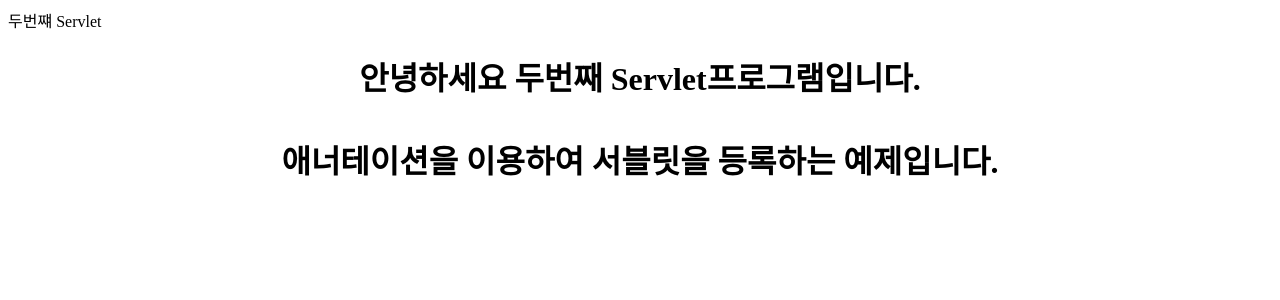
Repository: kdh4357065/3_highjava
Page: http://localhost/webTest/servletTest02.do
These files come from the project's save history. The page is drawn as it stood at one moment and after the next save; the edit follows.
The browser window is 1280 px wide. The pictures show the whole page.
The page is served by Tomcat 9. Other server files are loaded and not shown.

Above is the page before, as saved 2023-03-27 03:31:50.

### WorkSpace/webTest/src/main/java/kr/or/ddit/basic/ServletTest02.java
package kr.or.ddit.basic;

import java.io.IOException;
import java.io.PrintWriter;

import javax.servlet.ServletException;
import javax.servlet.annotation.WebServlet;
import javax.servlet.http.HttpServlet;
import javax.servlet.http.HttpServletRequest;
import javax.servlet.http.HttpServletResponse;

/*
	@WebServlet 애너테이션의 속성들
	1. name : 서블릿 이름을 설정한다. (기본값 : 빈문자열(""))
	2. urlPatterns : 서블릿의 URL패턴의 목록을 설정한다. (기본겂 : 빈 배열( { } ))
			예) urlPatterns="/url1" 또는 urlPatterns={"/url1"} ==> 패턴이 1개일 때
			예) urlPatterns={"/url1", "/url2", ...} ==> 패턴이 2개 이상일 때
	3. value : urlPatterns와 동일한 기능을 한다.
	4. description : 주석(설명글)을 설정한다.
*/
@WebServlet(description = "애너테이션을 이용한 서블릿 설정 연습", urlPatterns = {"/servletTest02.do"})
public class ServletTest02 extends HttpServlet{
	@Override
	protected void doGet(HttpServletRequest request, HttpServletResponse response) throws ServletException, IOException {
		response.setCharacterEncoding("utf-8");
		response.setContentType("text/html; charset=utf-8");

		PrintWriter out = response.getWriter();

		//처리한 내용 출력하기
		//방법2 : print(), println()메서드 이용하기
		out.println("<html><head><meta charset='utf-8'><thtle>두번쨰 Servlet</title></head>");
		out.println("<body>");
		out.println("<h1 style='text-align:center;'>안녕하세요 두번째 Servlet프로그램입니다.<br><br>");
		out.println("애너테이션을 이용하여 서블릿을 등록하는 예제입니다.</h1>");
		out.println("</body></html>");
	}

	@Override
	protected void doPost(HttpServletRequest req, HttpServletResponse resp) throws ServletException, IOException {
		// TODO Auto-generated method stub
		super.doPost(req, resp);
	}
}

After the next save:
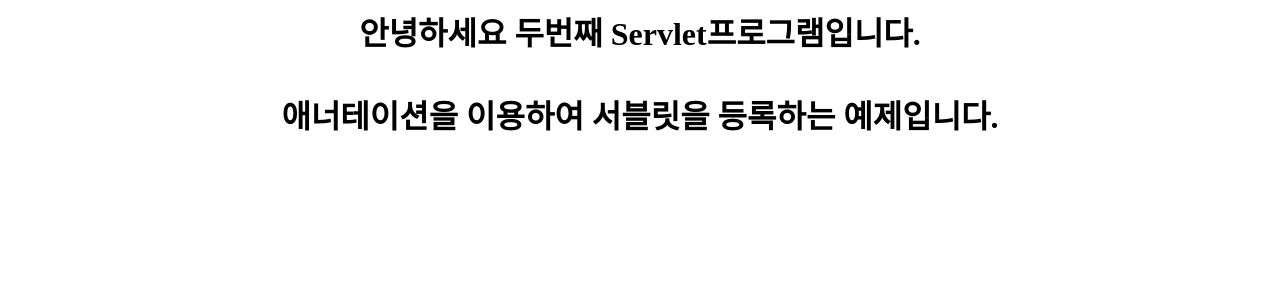
Saved 25 s later.
--- a/WorkSpace/webTest/src/main/java/kr/or/ddit/basic/ServletTest02.java
+++ b/WorkSpace/webTest/src/main/java/kr/or/ddit/basic/ServletTest02.java
@@ -29,7 +29,7 @@ public class ServletTest02 extends HttpServlet{
 
 		//처리한 내용 출력하기
 		//방법2 : print(), println()메서드 이용하기
-		out.println("<html><head><meta charset='utf-8'><thtle>두번쨰 Servlet</title></head>");
+		out.println("<html><head><meta charset='utf-8'><title>두번쨰 Servlet</title></head>");
 		out.println("<body>");
 		out.println("<h1 style='text-align:center;'>안녕하세요 두번째 Servlet프로그램입니다.<br><br>");
 		out.println("애너테이션을 이용하여 서블릿을 등록하는 예제입니다.</h1>");
